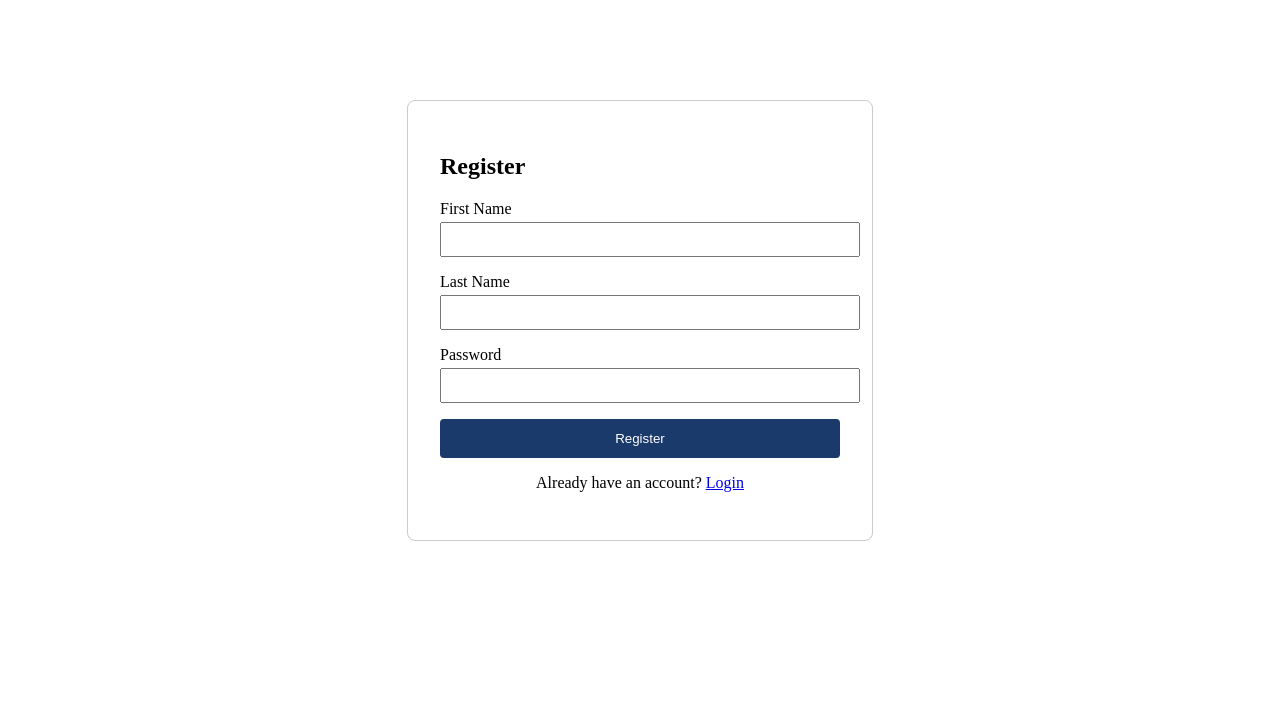
Repository: Bogo02/PhysioApp
Page: /register (app in physioapp-frontend/)
An editor plug-in stored every save of this project. The page is shown before and after the next save, followed by the edit.
The browser window is 1280 px wide. The pictures show the whole page.
The project was rebuilt for these pictures with package versions that can differ from the ones it lists, and the page was loaded fresh each time. Also part of the build but not shown: physioapp-frontend/vite.config.js, physioapp-frontend/src/index.css, physioapp-frontend/src/pages/Home.jsx, physioapp-frontend/src/pages/Login.jsx.

Above is the page before, as saved 2026-05-15 15:35:29.

After the next save:
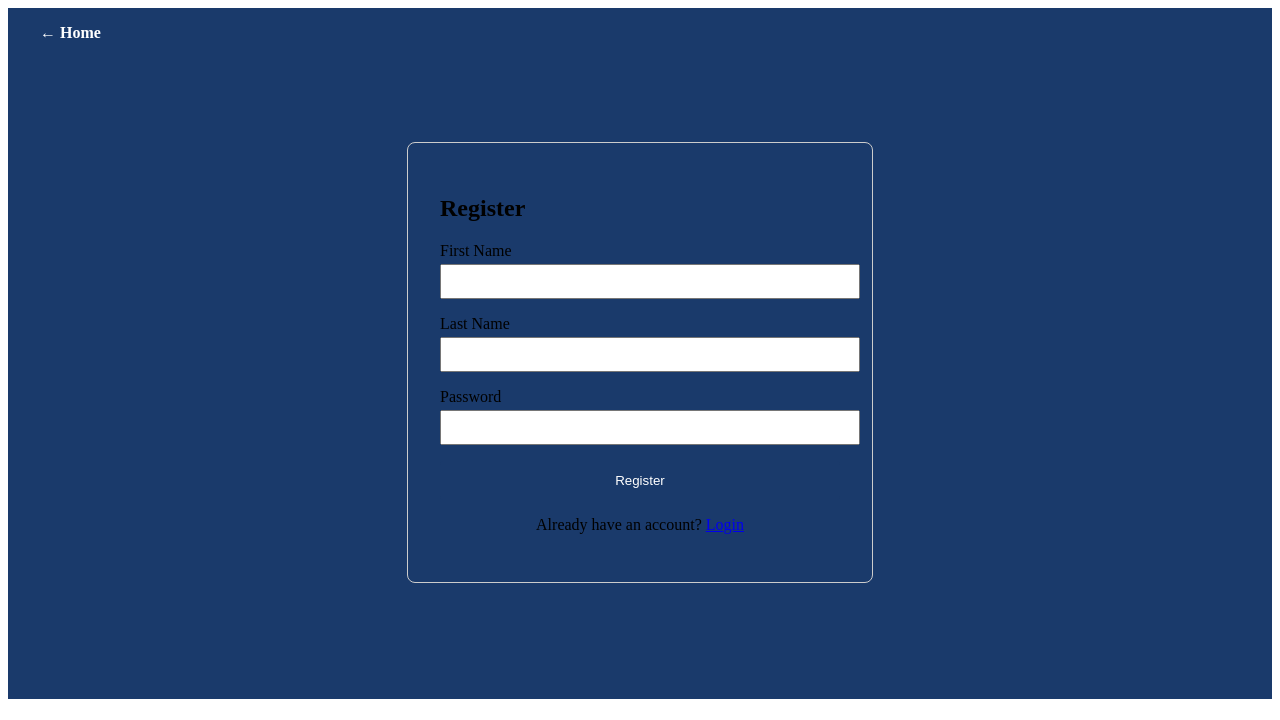
Saved 12 s later.
--- a/physioapp-frontend/src/pages/Register.jsx
+++ b/physioapp-frontend/src/pages/Register.jsx
@@ -28,6 +28,8 @@ function Register() {
     }
 
     return (
+        <div style={{ padding: '1rem 2rem', background: '#1a3a6b' }}>
+        <a href="/" style={{ color: 'white', textDecoration: 'none', fontWeight: 'bold' }}>← Home</a>
         <div style = {{maxWidth: '400px',margin: '100px auto',padding:'2rem',border:'1px solid #ccc', borderRadius: '8px'}}>
             <h2>Register</h2>
             {error && <p style={{ color: 'red'}}>{error}</p>}
@@ -67,6 +69,7 @@ function Register() {
             Already have an account? <a href="/login">Login</a>
             </p>
             </div>
+            </div>
     )
 }
 
